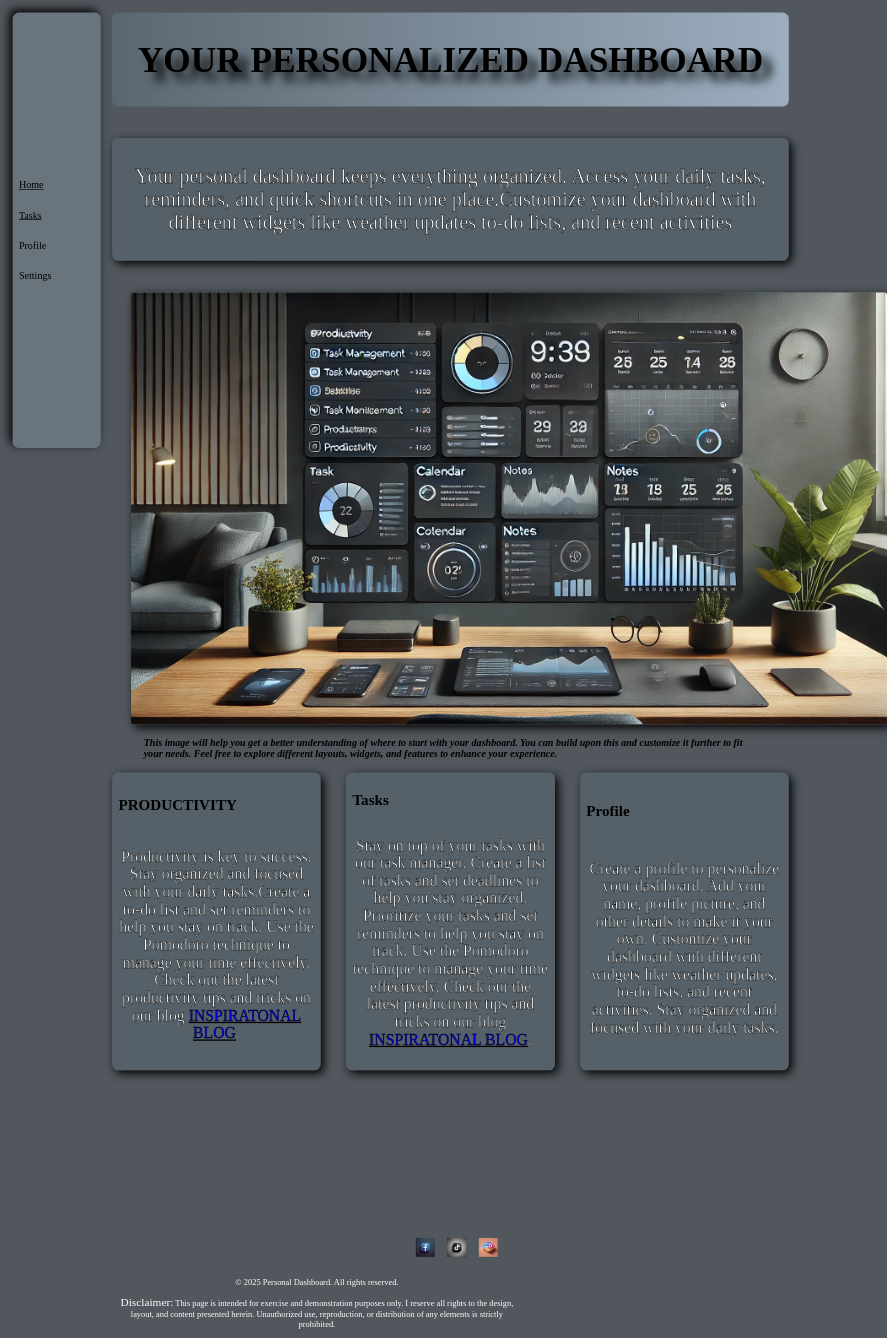
Repository: Parnicoza/testecomplete
Page: testcomplet-14.html
These files come from the project's save history. The page is drawn as it stood at one moment and after the next save; the edit follows.
The browser window is 1280 px wide. The page is 1408 px wide, so the pictures cover 1408 px, including what lies to the right of the window. The pictures show the whole page, at 63% of full size.

Above is the page before, as saved 2025-03-02 14:32:47.

### testcomplet-14.html
<!DOCTYPE html>
<html lang="en">

<head>
    <title>Personal Dashboard</title>
    <link rel="stylesheet" href="stilizaretestcomplet-14.css">
    <link rel="icon" href="imaginitestecomplete/dashboard.ico">
    <meta name="viewport" content="width=device-width, initial-scale=1.0">
</head>

<body>
    <div class="background-for-the-heading" id="Home">
        <h1 class="main-heading">Your Personalized Dashboard</h1>
    </div>

    <div class="thesamebackground">
        <p class="paragraph-gradient">Your personal dashboard keeps everything organized. Access your daily tasks,
            reminders, and quick shortcuts in one place.Customize your dashboard with different widgets like weather
            updates to-do lists, and recent activities</p>
    </div>

    <div class="divimage">
        <figure>
            <img src="imaginitestecomplete/productivity.jpg" alt="productivity image" width="1200" class="image"
                title="Productivity image" usemap="#dashboard-map" id="Tasks">
            <map name="dashboard-map">
                <area shape="rect" coords="341,127,487,280" href="https://blog.productivity.directory/"
                    alt="Productivity blog" target="_blank">
                <area shape="rect" coords="670,134,825,280" href="https://blog.productivity.directory/"
                    alt="Productivity blog" target="_blank">
            </map>
            <figcaption class="figcaption">This image will help you get a better understanding of where to start with
                your dashboard.
                You can build upon this and customize it further to fit your needs.
                Feel free to explore different layouts, widgets, and features to enhance your experience.
            </figcaption>
        </figure>
    </div>

    <div class="Dashboard">
        <div class="sidebar">
            <ul class="list">
                <li><a href="#Home" class="home" title="Press here to go to home page">Home</a></li>
                <li><a href="#Tasks" class="home" title="Click here to go to Tasks">Tasks</a></li>
                <li>Profile</li>
                <li>Settings</li>
            </ul>
        </div>
    </div>

    <div class="BLOCKS">
        <div class="blocks"> <!--Acesta este primul block-->
            <h2 class="headingforblock">Productivity</h2>
            <p class="paragraph-gradient1">Productivity is key to success. Stay organized and focused with your daily
                tasks.Create a to-do list and set reminders to help you stay on track. Use the Pomodoro technique to
                manage your time effectively. Check out the latest productivity tips and tricks on our blog
                <a href="https://blog.productivity.directory/" target="_blank"
                    title="Press here to find more tips and tricks">INSPIRATONAL BLOG</a>.
            </p>
        </div>

        <div class="blocks2"><!--Acesta este al doilea block-->
            <h2 class="heading">Tasks</h2>
            <p class="paragraph-gradient1">Stay on top of your tasks with our task manager. Create a list of tasks and
                set deadlines to help you stay organized. Prioritize your tasks and set reminders to help you stay on
                track. Use the Pomodoro technique to manage your time effectively. Check out the latest productivity
                tips and tricks on our blog
                <a href="https://blog.productivity.directory/" target="_blank"
                    title="Press here to find more tips and tricks">INSPIRATONAL BLOG</a>.
            </p>
        </div>

        <div class="blocks3"><!--Acesta este al treilea block-->
            <h2 class="heading">Profile</h2>
            <p class="paragraph-gradient1">Create a profile to personalize your dashboard. Add your name, profile
                picture,
                and other details to make it your own. Customize your dashboard with different widgets like weather
                updates, to-do lists, and recent activities. Stay organized and focused with your daily tasks.
            </p>

        </div>
    </div>

    <div class="footer">
        <footer>
            <div class="social-media">
                <ul class="ul">
                    <li><a href="https://www.facebook.com/parnica.abaza.5" target="_blank" title="Join my Facebook"><img
                                src="imaginitestecomplete/facebook.jpg" height="30px"></a></li>
                    <li><a href="https://www.tiktok.com/@parnicaabaza4?lang=en" target="_blank"
                            title="Join my Tiktok"><img src="imaginitestecomplete/tiktok.jpg" alt="Tiktok social-media"
                                height="30px"></a></li>
                    <li><a href="https://www.instagram.com/parnicaabaza1/" target="_blank"
                            title="Join my Instagram"><img src="imaginitestecomplete/instagram.jpg"
                                alt="Instagram social-media" height="30px"></a></li>
                </ul>
            </div>
            <p class="footer-text">© 2025 Personal Dashboard. All rights reserved.</p>
            <p class="footer-text"><span class="Disclaimer">Disclaimer:</span> This page is intended for exercise and demonstration purposes only. I reserve all rights to the design, layout, and content presented herein. Unauthorized use, reproduction, or distribution of any elements is strictly prohibited.</p>
        </footer>
    </div>
</body>

</html>

### stilizaretestcomplet-14.css
body{
    background-color:#51575D;
}

.main-heading{
    text-align: center;
    text-transform: uppercase;
    text-shadow: 15px 15px 15px black;
    font-size: 3.5em;
    color: black;
}

.background-for-the-heading{
    background: linear-gradient(to right, #5B6770, #9CAEBF);
    margin: 20px;
    padding: 5px;
    border-radius: 10px;
    margin-left: 170px;
}

.thesamebackground{
    background-color: rgba(91, 103, 112, 0.6) ;
    margin-left: 170px;
    margin-top: 50px;
    text-align: center;
    padding: 10px;
    border-radius: 10px;
    box-shadow: 5px 5px 15px black;
    margin-right: 20px;
}

.paragraph-gradient{
    color: #ffff;
    font-size: 2em;
    -webkit-text-stroke: 0.7px black;
    text-align: center;
}

.quote{
    border: 1px dotted black;
    padding: 10px;
    margin-left: 150px;
}

.divider{
    border: none;
    height: 4px;
    background-color: lightgray;
    border: 3px dotted black;
    margin: 14px;
    margin-left: 150px;
}

.image{
    border-radius: 5px;
    box-shadow: 5px 5px 15px black;
    display: block;
    margin: 0 auto;
}

.picture{
    margin-left: 160px;
}

.Dashboard{
    display: flex;
}

.sidebar{
    display: flex;
    flex-direction: column;
   width: 140px;
   position: fixed;
   left: 0;
   top: 0;
   height: 96vh;
   justify-content: center;
   margin: 20px;
   background-color: #6A747D;
    border-radius: 10px;
    box-shadow: -5px -5px 15px black;

}

.list{
    list-style-type: none;
    display: flex;
    flex-direction: column;
    gap: 30px;
    padding: 0;
    margin-left: 10px;
}

.container{
    margin-left: 160px;
}

.divimage{
    display: block;
    margin-left: 160px;
    margin-top: 50px;

}

.figcaption{
    font-style: italic;
    font-weight: bold;
    margin: 20px;
}

.home{
    color: black;
}

.BLOCKS{
    display: flex;
    flex-direction: row;
    justify-content: space-evenly;
    gap: 20px;
}
.blocks{
    display: flex;
    flex-direction: column;
    justify-content: space-evenly;
    width: 350px;
    margin-left: 170px;
    background-color: rgba(91, 103, 112, 0.6);
    box-shadow: 5px 5px 15px black;
    border-radius: 10px;
    padding: 10px;
    margin-right: 20px;
}

.blocks2{
    display: flex;
    flex-direction: column;
    justify-content: space-evenly;
    width: 350px;
    background-color: rgba(91, 103, 112, 0.6);
    box-shadow: 5px 5px 15px black;
    border-radius: 10px;
    padding: 10px;
    margin-right: 20px;
}

.blocks3{
    display: flex;
    flex-direction: column;
    justify-content: space-evenly;
    width: 350px;
    background-color: rgba(91, 103, 112, 0.6);
    box-shadow: 5px 5px 15px black;
    border-radius: 10px;
    padding: 10px;
    margin-right: 20px;
}
.headingforblock{
    text-align: left;
    text-transform: uppercase;
    font-weight: bold;
    color: black;
    display: flex;
}

.paragraph-gradient1{
    color: #ffff;
    -webkit-text-stroke: 0.6px black;
    font-size: 25px;
    text-align: center;
}

.footer{
    margin-left: 170px;
}

.social-media{
    display: flex;
    flex-direction: row;
    justify-content: space-evenly;
    gap: 20px;
    margin-top: 250px;
}
.ul{
    list-style-type: none;
    display: flex;
    flex-direction: row;
    gap: 20px;
    padding: 0;
}

.footer-text{
    color: white;
    font-size: smaller;
    text-align: center;
    width: 650px;

}

.Disclaimer{
    color: white;
    font-size: large;
}

After the next save:
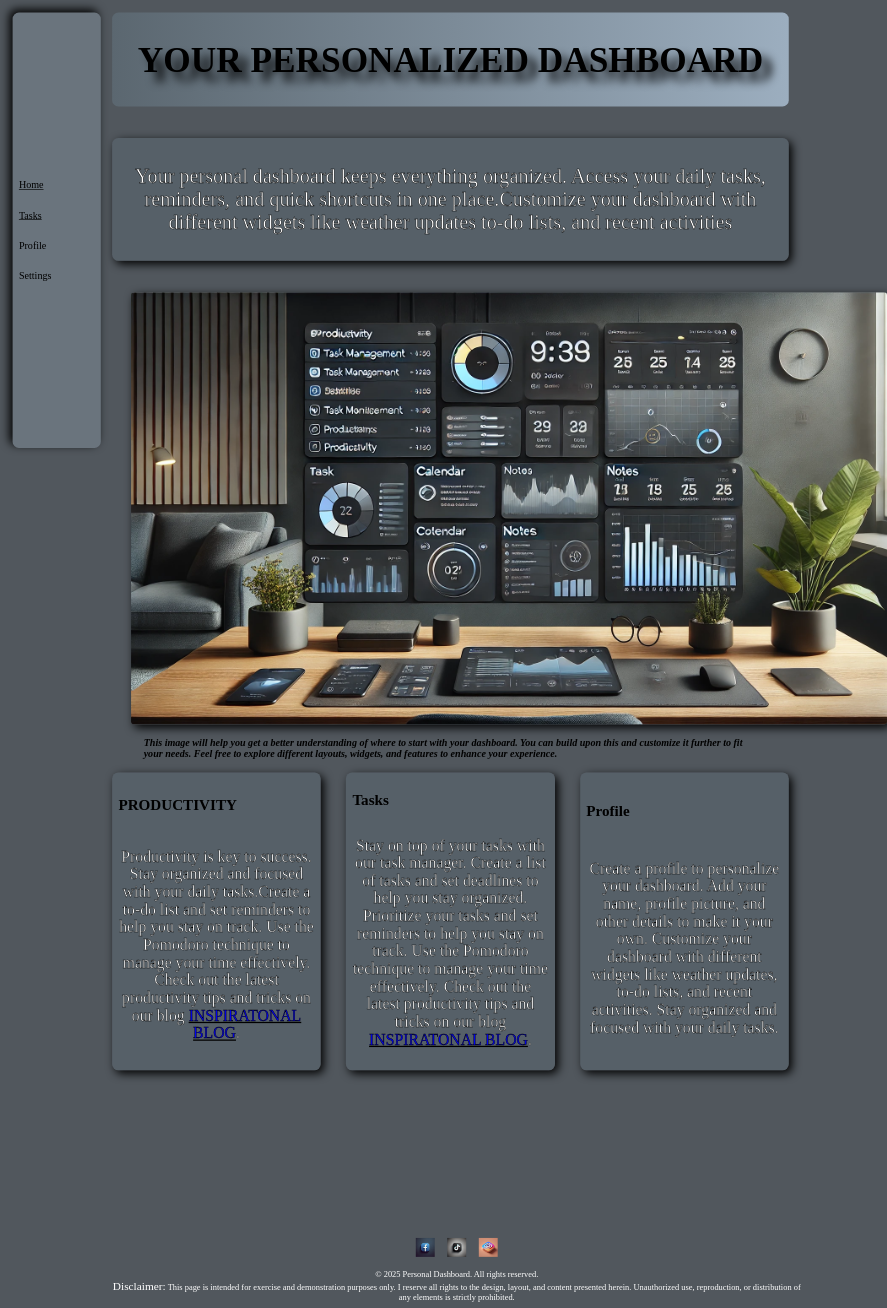
Saved 3 min 15 s later.
--- a/stilizaretestcomplet-14.css
+++ b/stilizaretestcomplet-14.css
@@ -192,8 +192,7 @@ body{
     color: white;
     font-size: smaller;
     text-align: center;
-    width: 650px;
-
+margin: 0 auto;
 }
 
 .Disclaimer{
